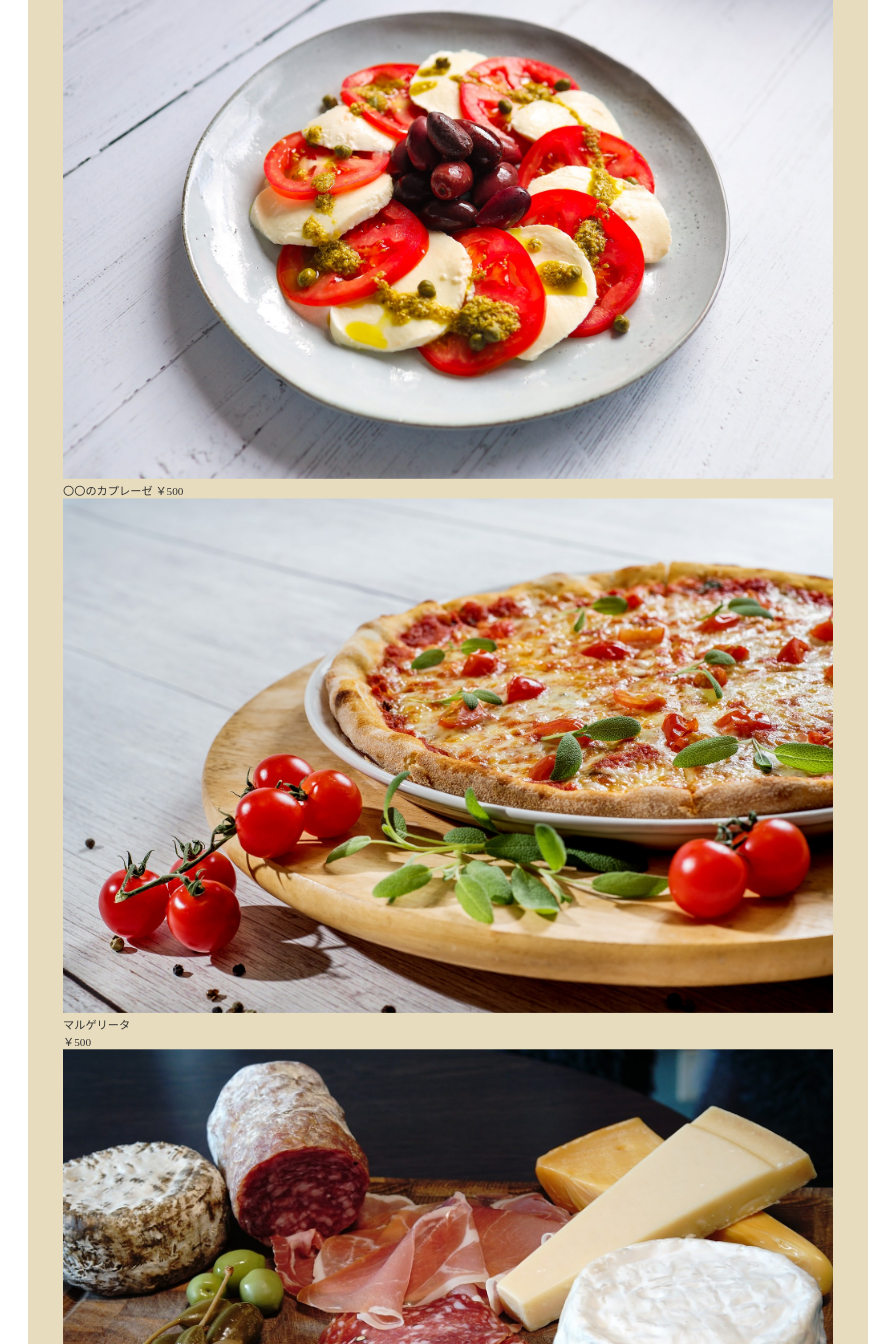
Repository: konatsu-0806/demo-site
Page: FromFigma/index.html
The author's editor kept a copy of each file at every save. The page is drawn from the files as they stood at one save, then again after a run of saves.
The browser window is 1280 px wide. The pictures show the part of the page from y = 4580 to 6500 px (the page is 7675 px tall before and 7699 px after), at 70% of full size.

Above is the page before, as saved 2023-02-13 17:24:41.

After the next 2 saves:
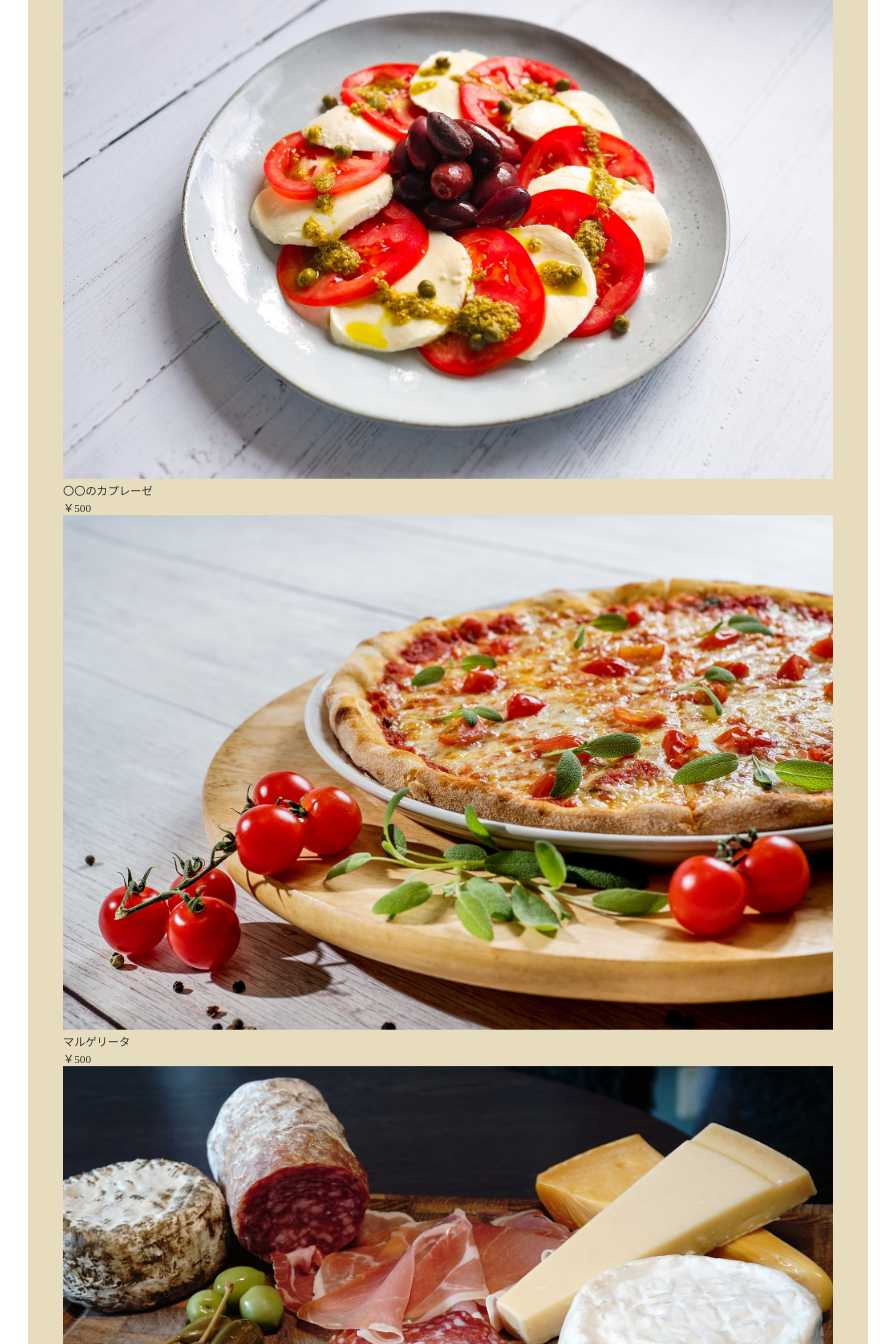
The 2 saves are shown as one change because they came seconds apart.
The last was saved 9 s later.
--- a/FromFigma/index.html
+++ b/FromFigma/index.html
@@ -155,7 +155,7 @@
     </div>
     <div class="dish2">
       <img src="img/mozzarella-salad-g85af32bc5_1920.jpg" alt="">
-      <p>〇〇のカプレーゼ
+      <p>〇〇のカプレーゼ<br />
         ￥500</p>
     </div>
     <div class="dish3">
